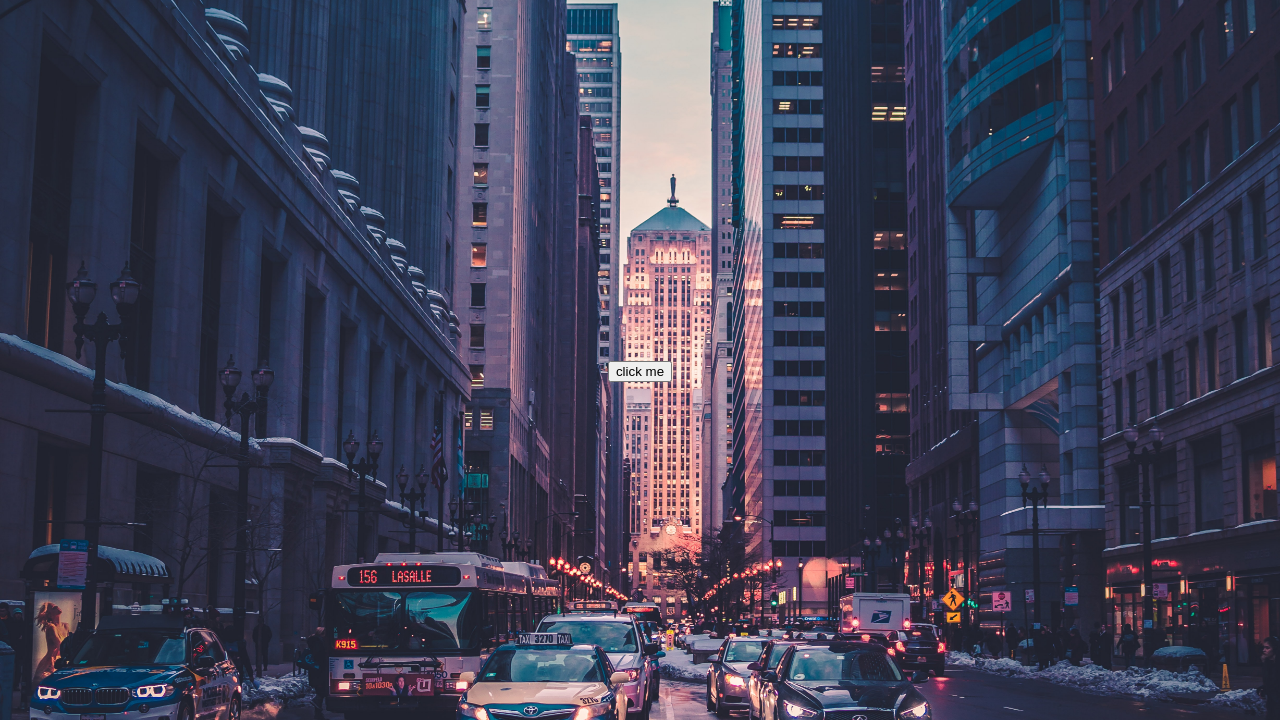
Repository: lamilekan263/random_advice
Page: /
These files come from the project's save history. The page is drawn as it stood at one moment and after the next save; the edit follows.
The browser window is 1280 px wide. The pictures show the whole page.
The page's requests for data from a server got no answer. The project was rebuilt for these pictures with package versions that can differ from the ones it lists, and the page was loaded fresh each time. No one was signed in, and anything a server would have sent is missing.

Above is the page before, as saved 2020-08-10 14:14:56.

After the next save:
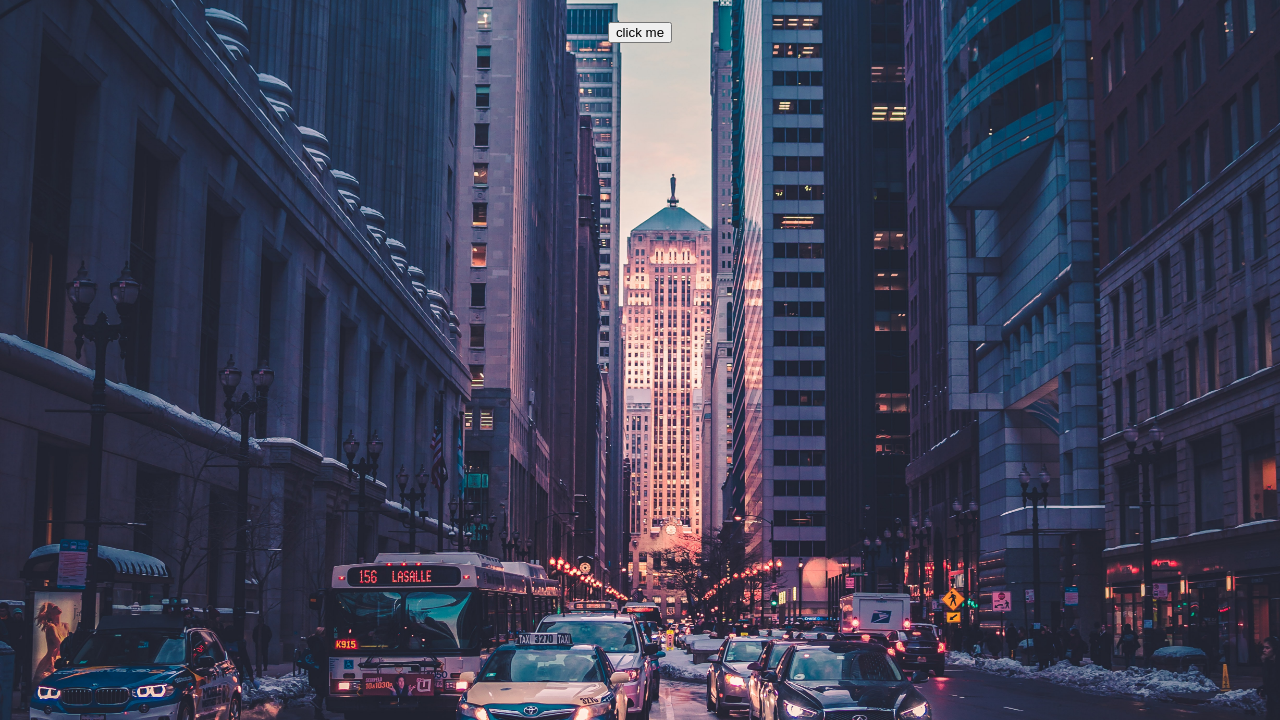
Saved 4 s later.
--- a/src/App.css
+++ b/src/App.css
@@ -8,6 +8,7 @@
   background-position: center;
   display:flex;
   justify-content: center;
+  text-align
   align-items: center;
 }
 

After the save that followed:
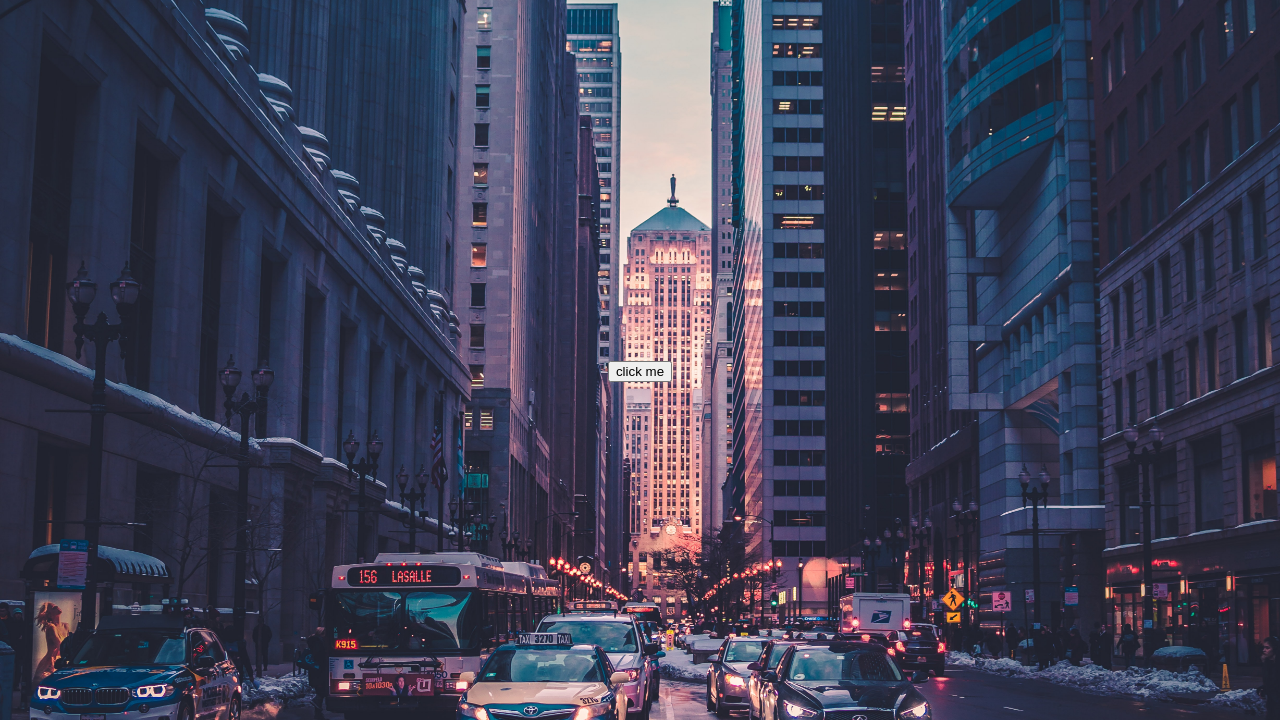
Saved 5 s later.
--- a/src/App.css
+++ b/src/App.css
@@ -8,7 +8,7 @@
   background-position: center;
   display:flex;
   justify-content: center;
-  text-align
+  text-align:center;
   align-items: center;
 }
 
